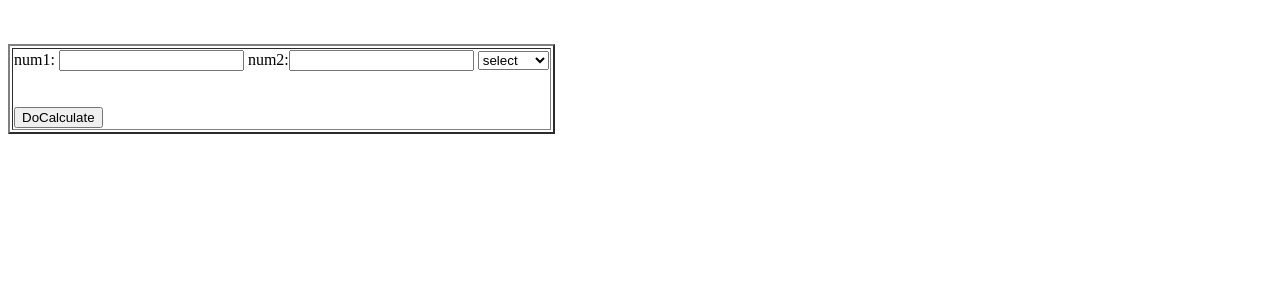
Repository: ravikumar0303/Advance-Java
Page: JSPCalculator/src/main/webapp/calculator.html
The author's editor kept a copy of each file at every save. The page is drawn from the files as they stood at one save, then again after the next save.
The browser window is 1280 px wide. The pictures show the whole page.

Above is the page before, as saved 2023-06-24 11:14:46.

After the next save:
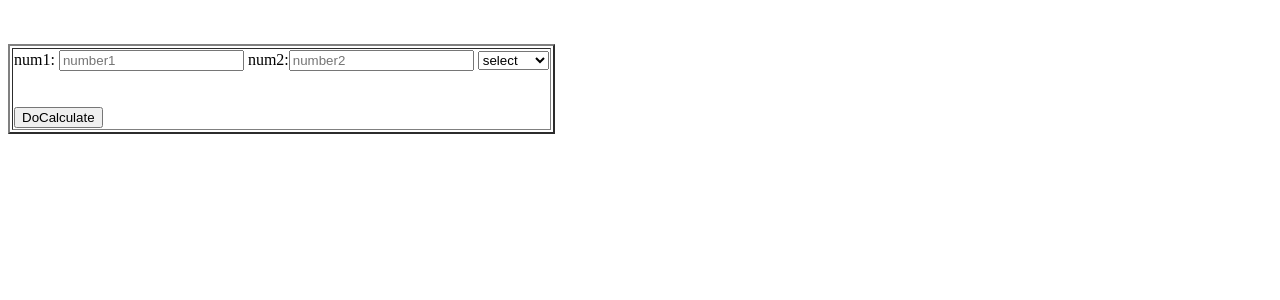
Saved 3 min 43 s later.
--- a/JSPCalculator/src/main/webapp/calculator.html
+++ b/JSPCalculator/src/main/webapp/calculator.html
@@ -12,8 +12,10 @@
 			<tr>
 				<td>
 					<form action="ToCalculate.jsp" method="doPost" /> num1: <input
-					type="text" name="num1" id="num1" /> num2:<input type="text"
-					name="num2" id="num2" /> <select onClick="btn" id="btn" name="btn">
+					type="text" name="num1" id="num1" placeholder="number1"/>
+					num2:<input type="text"name="num2" id="num2" placeholder="number2"/>
+
+					 <select onClick="btn" id="btn" name="btn">
 						<option>select</option>
 						<option value="add" id="btn">Addition</option>
 						<option value="sub" id="btn">Sub</option>
@@ -28,5 +30,9 @@
 			</tr>
 		</table>
 	</div>
+
+
+
+
 </body>
 </html>
